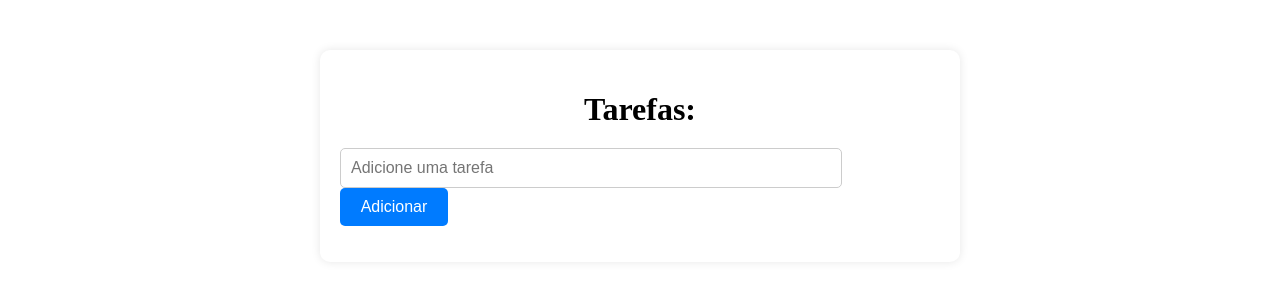
Repository: Matheus904-12/Projeto
Page: Tarefa/index.html
An editor plug-in stored every save of this project. The page is shown before and after the next save, followed by the edit.
The browser window is 1280 px wide. The pictures show the whole page.

Above is the page before, as saved 2023-10-03 19:15:17.

### Tarefa/index.html
<!DOCTYPE html>
<html lang="en">
<head>
    <meta charset="UTF-8">
    <meta name="viewport" content="width=device-width, initial-scale=1.0">
    <title>Document</title>
    <link rel="stylesheet" href="style.css">
</head>
<body>
    <div class="container">
        <h1>Tarefas:</h1>

        <form class="form">
            <input type="text" id="input" placeholder="Adicione uma tarefa">
            <button type="submit">Adicionar</button>
        </form>
        <ul id="lista"></ul>

        <script src="main.js"></script>
    </div>
</body>
</html>

### Tarefa/style.css
/* tarefas-style.css */

/* Estilo da página de tarefas */
.container {
    max-width: 600px;
    margin: 0 auto;
    padding: 20px;
    background-color: #fff;
    border-radius: 10px;
    box-shadow: 0px 0px 10px rgba(0, 0, 0, 0.1);
    margin-top: 50px;
}

.container h1 {
    text-align: center;
    margin-bottom: 20px;
}

.form input {
    width: 80%;
    padding: 10px;
    border: 1px solid #ccc;
    border-radius: 5px;
    font-size: 16px;
}

.form button {
    width: 18%;
    padding: 10px;
    background-color: #007bff;
    color: #fff;
    border: none;
    border-radius: 5px;
    font-size: 16px;
    cursor: pointer;
    transition: background-color 0.3s;
}

.form button:hover {
    background-color: #0056b3;
}

#lista {
    list-style: none;
    padding: 0;
}

#lista li {
    margin-bottom: 10px;
    display: flex;
    justify-content: space-between;
    align-items: center;
    background-color: #f9f9f9;
    padding: 10px;
    border-radius: 5px;
    box-shadow: 0px 0px 5px rgba(0, 0, 0, 0.1);
}

#lista li span {
    flex-grow: 1;
}

#lista li button {
    background-color: #ff5050;
    color: #fff;
    border: none;
    border-radius: 5px;
    cursor: pointer;
    transition: background-color 0.3s;
}

#lista li button:hover {
    background-color: #d14848;
}

### Tarefa/main.js
// Selecionar o formulário de tarefas
const form = document.querySelector('.form');

// Seleciona o campo de entrada de tarefas
const input = document.getElementById('input');

// Seleciona a lista de tarefas
const lista = document.getElementById('lista');

// Cria uma matriz vazia para armazenar as tarefas
let todos = [];

// Função para mostrar as tarefas da lista
function listarTarefas() {
    lista.innerHTML = '';

    // Loop para as tarefas, cria um elemento de lista para cada uma
    for (let i = 0; i < todos.length; i++) {
        const todo = todos[i];

        // Cria um elemento de lista, um elemento span e um botão para cada tarefa
        const li = document.createElement('li');
        const span = document.createElement('span');
        const button = document.createElement('button');

        // Define o texto da tarefa no elemento span
        span.innerHTML = todo;

        // Define o texto do botão de exclusão e adiciona um ouvinte de eventos para remover a tarefa da matriz e mostrar a lista novamente
        button.innerHTML = 'Excluir';
        button.addEventListener('click', function () {
            todos.splice(i, 1);
            listarTarefas();
        });

        // Adiciona o elemento span e o botão ao elemento li
        li.appendChild(span);
        li.appendChild(button);

        // Adiciona o elemento li na lista de tarefas
        lista.appendChild(li);
    }
}

// Adiciona um ouvinte de eventos ao formulário para detectar quando o usuário envia uma nova tarefa
form.addEventListener('submit', function (event) {
    event.preventDefault();

    // Obtém o texto da tarefa e remove espaços em branco extra
    const texto = input.value.trim();

    // Retorna se a nova tarefa não tiver nenhum texto
    if (texto.length === 0) {
        return;
    }

    // Adiciona a nova tarefa na matriz e limpa o input e mostra a lista
    todos.push(texto);
    input.value = '';
    listarTarefas();
});

// Carrega a lista de tarefas quando a página é carregada.
listarTarefas();

After the next save:
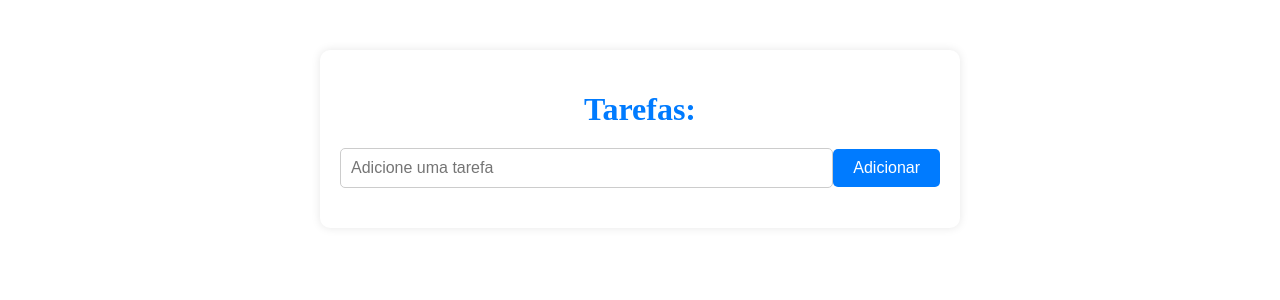
Saved 2 min 18 s later.
--- a/Tarefa/style.css
+++ b/Tarefa/style.css
@@ -1,6 +1,5 @@
 /* tarefas-style.css */
 
-/* Estilo da página de tarefas */
 .container {
     max-width: 600px;
     margin: 0 auto;
@@ -9,15 +8,26 @@
     border-radius: 10px;
     box-shadow: 0px 0px 10px rgba(0, 0, 0, 0.1);
     margin-top: 50px;
+    animation: fadeIn 0.5s ease; /* Adicionando uma animação de fade-in */
 }
 
 .container h1 {
     text-align: center;
     margin-bottom: 20px;
+    font-size: 2em;
+    color: #007bff; /* Mudando a cor do título */
+}
+
+.form {
+    display: flex;
+    justify-content: space-between;
+    align-items: center;
+    margin-bottom: 20px;
+    animation: slideIn 0.5s ease; /* Adicionando uma animação de slide-in */
 }
 
 .form input {
-    width: 80%;
+    flex-grow: 1;
     padding: 10px;
     border: 1px solid #ccc;
     border-radius: 5px;
@@ -25,8 +35,7 @@
 }
 
 .form button {
-    width: 18%;
-    padding: 10px;
+    padding: 10px 20px;
     background-color: #007bff;
     color: #fff;
     border: none;
@@ -54,10 +63,12 @@
     padding: 10px;
     border-radius: 5px;
     box-shadow: 0px 0px 5px rgba(0, 0, 0, 0.1);
+    animation: fadeIn 0.5s ease; /* Adicionando uma animação de fade-in para as tarefas */
 }
 
 #lista li span {
     flex-grow: 1;
+    font-size: 1.2em;
 }
 
 #lista li button {
@@ -72,3 +83,22 @@
 #lista li button:hover {
     background-color: #d14848;
 }
+
+/* Adicionando as animações */
+@keyframes fadeIn {
+    from {
+        opacity: 0;
+    }
+    to {
+        opacity: 1;
+    }
+}
+
+@keyframes slideIn {
+    from {
+        transform: translateY(-10px);
+    }
+    to {
+        transform: translateY(0);
+    }
+}
